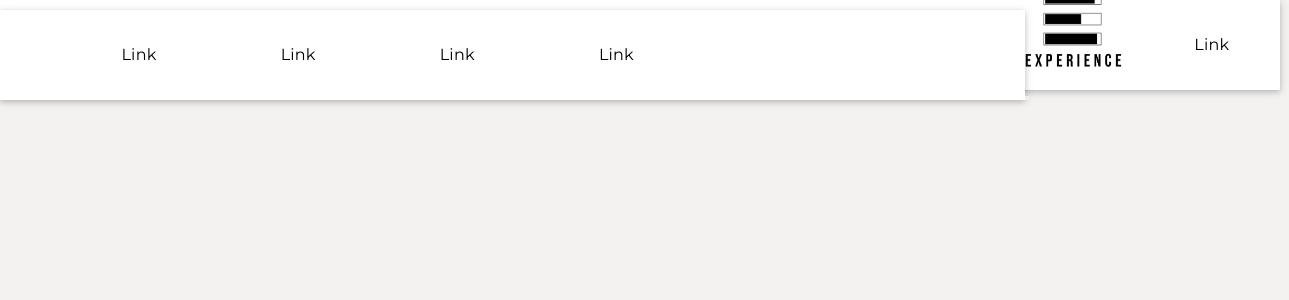
Repository: MadePutraSanjaya/exp_movies
Page: HTML/movies_1.html
These files come from the project's save history. The page is drawn as it stood at one moment and after the next save; the edit follows.
The browser window is 1280 px wide. The page is 1289 px wide, so the pictures cover 1289 px, including what lies to the right of the window. The pictures show the whole page.

Above is the page before, as saved 2021-11-18 15:38:21.

After the next save:
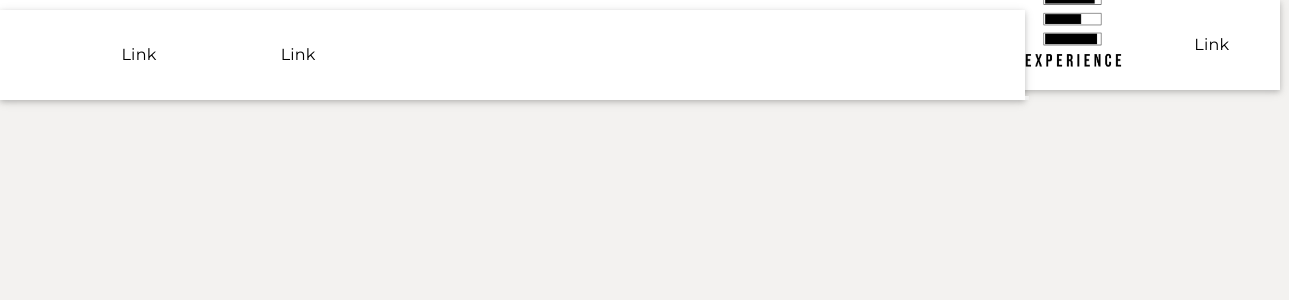
Saved 11 s later.
--- a/HTML/movies_1.html
+++ b/HTML/movies_1.html
@@ -17,8 +17,7 @@
         <ul class="navbar-nav ml-auto text-center">
             <li class="nav-item active"><a class="nav-link" href="#">Link</a></li>
             <li class="nav-item active"><a class="nav-link" href="#">Link</a></li>
-            <li class="nav-item active"><a class="nav-link" href="#">Link</a></li>
-            <li class="nav-item active"><a class="nav-link" href="#">Link</a></li>
+
 
             </ul>
         </div>
